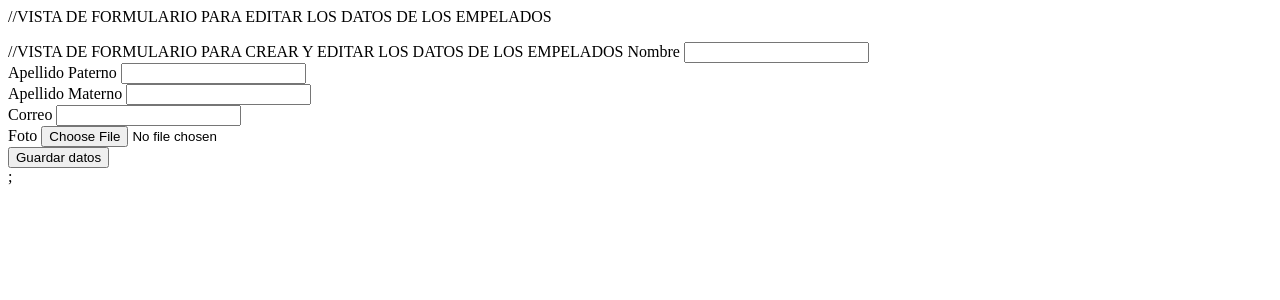
Repository: LionardoGomiz/CRUD-LARAVEL
Page: resources/views/empleado/edit.blade.php
The author's editor kept a copy of each file at every save. The page is drawn from the files as they stood at one save, then again after the next save.
The browser window is 1280 px wide. The pictures show the whole page.
The page is served by the project's Laravel application, run on PHP 8.4 with Laravel 8. Other server files are loaded and not shown. The template is opened directly, without the code that normally fills it, so the values that code supplies are empty.

Above is the page before, as saved 2021-08-03 09:04:43.

### CRUD-Laravel/routes/web.php
<?php

use Illuminate\Support\Facades\Route;
use App\Http\Controllers\EmpleadoController; //IMPORTAR EL CONTROLADOR A USAR
/*
|--------------------------------------------------------------------------
| Web Routes
|--------------------------------------------------------------------------
|
| Here is where you can register web routes for your application. These
| routes are loaded by the RouteServiceProvider within a group which
| contains the "web" middleware group. Now create something great!
|
*/

Route::get('/', function () {
    return view('welcome');
});

//RUTA PARA ACCEDER A MIS VISTAS
Route::get('/empleado', function () {
    return view('empleado.index');
});

//RUTA PARA ACCEDER A LOS METODOS DE MI CONTROLADOR DE FORMA INDIVIDUAL
Route::get('/empleado/create', [EmpleadoController::class,'create']);

//RUTA PARA ACCEDER A TODOS LOS METODOS DE MI CONTROLADOR
Route::resource('empleado',EmpleadoController::class);

### CRUD-Laravel/resources/views/empleado/edit.blade.php
//VISTA DE FORMULARIO PARA EDITAR LOS DATOS DE LOS EMPELADOS
<form action="{{url('/empleado/'.$empleado->id)}}" method="POST" enctype="multipart/form-data">
@csrf
{{method_field('PATCH')}}
</form>
@include('empleado.form');

### CRUD-Laravel/resources/views/empleado/form.blade.php
//VISTA DE FORMULARIO PARA CREAR Y EDITAR LOS DATOS DE LOS EMPELADOS
<label for="Nombre">Nombre</label>
<input type="text" name="Nombre" value="{{$empleado->Nombre}}" id="Nombre">
<br>
    <label for="ApellidoPaterno">Apellido Paterno</label>
<input type="text" name="ApellidoPaterno" value="{{$empleado->ApellidoPaterno}}" id="ApellidoPaterno">
<br>
    <label for="ApellidoMaterno">Apellido Materno</label>
<input type="text" name="ApellidoMaterno" value="{{$empleado->ApellidoMaterno}}" id="ApellidoMaterno">
<br>
    <label for="Correo">Correo</label>
<input type="text" name="Correo" value="{{$empleado->Correo}}"  id="Correo">
<br>
    <label for="Foto">Foto</label>
    {{$empleado->Foto}}
<input type="file" name="Foto" value=""  id="Foto">
<br>
    <label for=""></label>
<input type="submit"  value="Guardar datos">
<br>

After the next save:
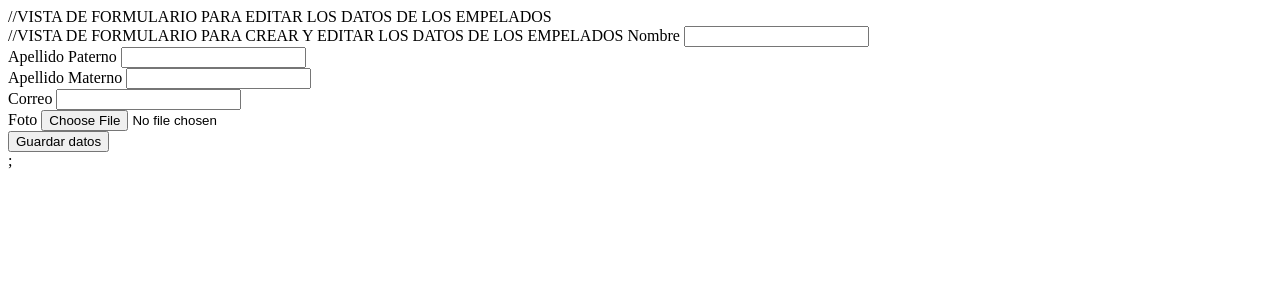
Saved 31 s later.
--- a/CRUD-Laravel/resources/views/empleado/edit.blade.php
+++ b/CRUD-Laravel/resources/views/empleado/edit.blade.php
@@ -2,5 +2,5 @@
 <form action="{{url('/empleado/'.$empleado->id)}}" method="POST" enctype="multipart/form-data">
 @csrf
 {{method_field('PATCH')}}
+@include('empleado.form');
 </form>
-@include('empleado.form');
